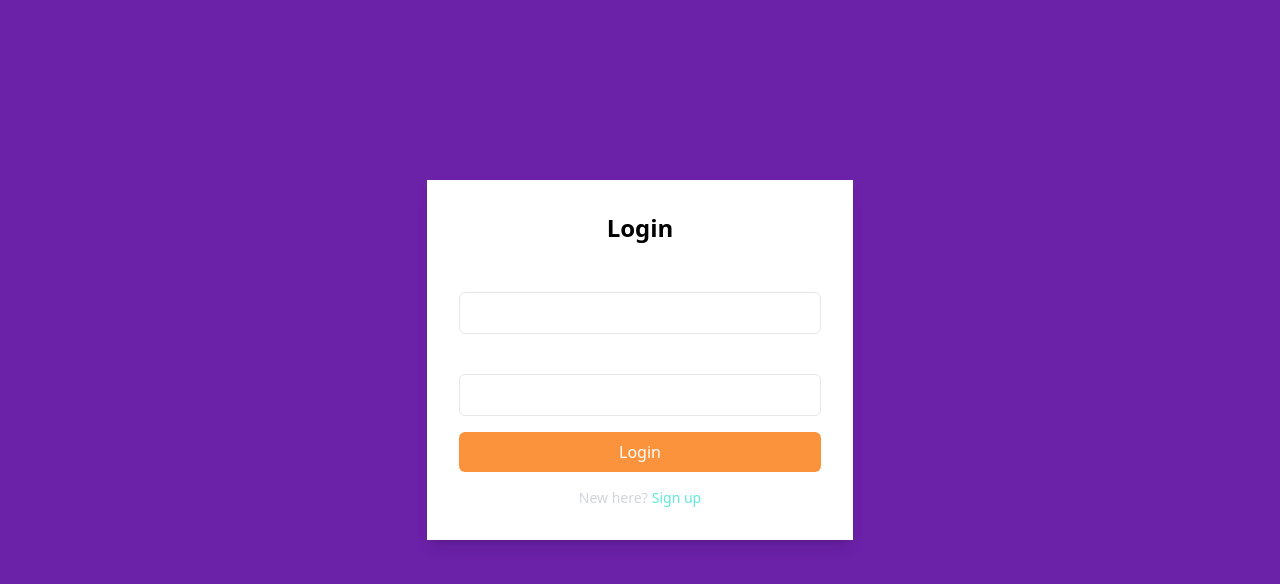
Repository: alizey12/POS-React-website
Page: /
These files come from the project's save history. The page is drawn as it stood at one moment and after the next save; the edit follows.
The browser window is 1280 px wide. The pictures show the whole page.
The project was rebuilt for these pictures with package versions that can differ from the ones it lists, and the page was loaded fresh each time. Also part of the build but not shown: vite.config.js, src/navbar.jsx, src/sidebar.jsx, src/Dashboard.jsx.

Above is the page before, as saved 2024-12-30 22:50:34.

### src/App.jsx
import { BrowserRouter as Router, Routes, Route } from 'react-router-dom';
import LoginPage from "./login"
import Dashboard from './Dashboard';

function App() {
  return (
    <Router>
      <Routes>
        <Route path="/" element={<LoginPage />} />
        <Route path="/dashboard" element={<Dashboard />} />
      </Routes>
    </Router>
  );
}

export default App;

### src/login.jsx
import { useState } from 'react';
import toast, { Toaster } from 'react-hot-toast';
import { useNavigate } from 'react-router-dom';

const SignupLogin = () => {
  const [isLogin, setIsLogin] = useState(true);
  const [formData, setFormData] = useState({
    email: '',
    password: '',
    confirmPassword: '',
  });
  const [errors, setErrors] = useState({});
  const [storedUser, setStoredUser] = useState(null);
  const navigate = useNavigate();

  const toggleForm = () => setIsLogin(!isLogin);

  const handleChange = (e) => {
    const { name, value } = e.target;
    setFormData({ ...formData, [name]: value });
    setErrors({ ...errors, [name]: '' }); // Clear error on change
  };

  const validateForm = () => {
    const newErrors = {};
    if (!formData.email) newErrors.email = 'Please enter email';
    if (!formData.password) newErrors.password = 'Please enter password';
    if (!isLogin && formData.password !== formData.confirmPassword) {
      newErrors.confirmPassword = 'Passwords do not match';
    }
    setErrors(newErrors);
    return Object.keys(newErrors).length === 0;
  };

  const handleSubmit = (e) => {
    e.preventDefault();
    if (!validateForm()) return;

    const { email, password } = formData;

    if (isLogin) {
      if (storedUser && email === storedUser.email && password === storedUser.password) {
        toast.success('Login successful!');
        setTimeout(() => navigate('/dashboard'), 1500);
      } else {
        toast.error('Your email or password is incorrect. Please try again.');
      }
    } else {
      setStoredUser({ email, password });
      toast.success('Signup successful!');
      setTimeout(() => setIsLogin(true), 1500);
    }
  };

  return (
    <div className="flex items-center justify-center min-h-screen  bg-purple-800 to-yellow-500">
      <div className=" bg-white w-1/3 shadow-lg rounded-lg">

        <div className="w-full bg-white p-8 justify-center">
          <h2 className="text-2xl font-bold text-center ">
            {isLogin ? 'Login' : 'Sign Up'}
          </h2>
          <form onSubmit={handleSubmit} className="mt-6 space-y-4">
            <div>
              <label className="block text-sm font-medium text-white">Email</label>
              <input
                type="email"
                name="email"
                value={formData.email}
                onChange={handleChange}
                className="mt-1 block w-full p-2 border rounded-md focus:outline-none focus:ring-blue-500 focus:border-blue-500"
              />
              {errors.email && <p className="text-red-500 text-sm mt-1">{errors.email}</p>}
            </div>
            <div>
              <label className="block text-sm font-medium text-white">Password</label>
              <input
                type="password"
                name="password"
                value={formData.password}
                onChange={handleChange}
                className="mt-1 block w-full p-2 border rounded-md focus:outline-none focus:ring-blue-500 focus:border-blue-500"
              />
              {errors.password && <p className="text-red-500 text-sm mt-1">{errors.password}</p>}
            </div>
            {!isLogin && (
              <div>
                <label className="block text-sm font-medium text-white">Confirm Password</label>
                <input
                  type="password"
                  name="confirmPassword"
                  value={formData.confirmPassword}
                  onChange={handleChange}
                  className="mt-1 block w-full p-2 border rounded-md focus:outline-none focus:ring-blue-500 focus:border-blue-500"
                />
                {errors.confirmPassword && <p className="text-red-500 text-sm mt-1">{errors.confirmPassword}</p>}
              </div>
            )}
            <button
              type="submit"
              className="w-full bg-orange-400 text-white p-2 rounded-md hover:bg-amber-300 focus:outline-none focus:ring-2 focus:ring-blue-500 focus:ring-offset-2"
            >
              {isLogin ? 'Login' : 'Sign Up'}
            </button>
          </form>
          <p className="text-center text-sm text-gray-300 mt-4">
            {isLogin ? 'New here?' : 'Already have an account?'}
            <button
              type="button"
              onClick={toggleForm}
              className="ml-1 text-teal-300 hover:underline"
            >
              {isLogin ? 'Sign up' : 'Login'}
            </button>
          </p>
        </div>
      </div>
      <Toaster />
    </div>
  );
};

export default SignupLogin;

Loaded but not shown: index.html (common file); src/main.jsx (common file); src/index.css (common file); tailwind.config.js (common file)

After the next save:
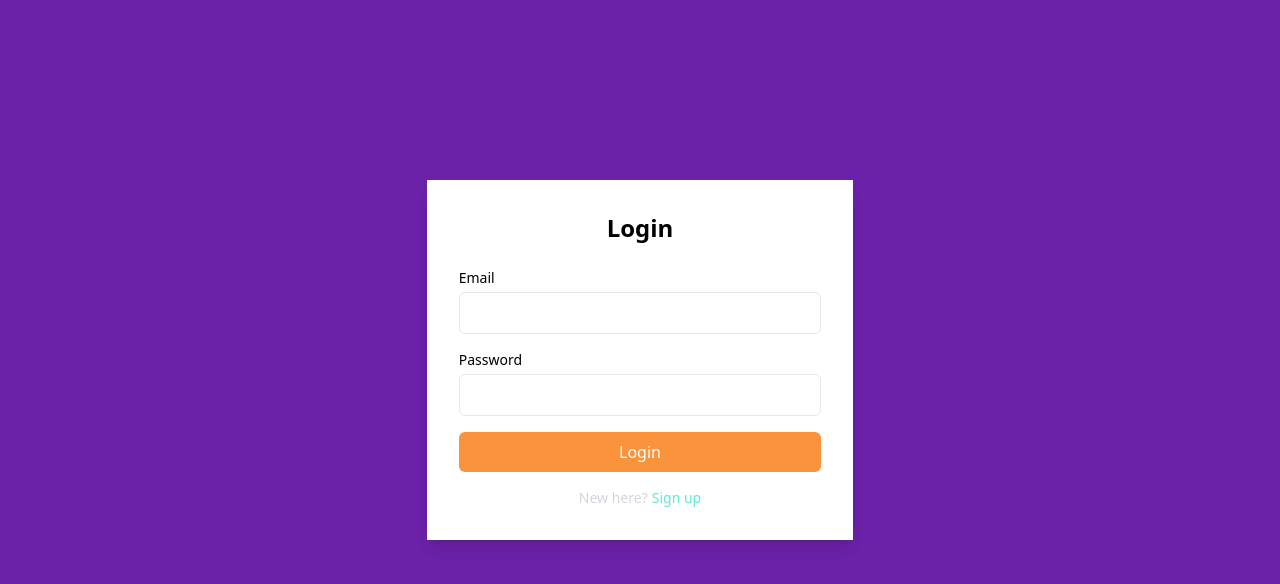
Saved 64 s later.
--- a/src/login.jsx
+++ b/src/login.jsx
@@ -62,7 +62,7 @@ const SignupLogin = () => {
           </h2>
           <form onSubmit={handleSubmit} className="mt-6 space-y-4">
             <div>
-              <label className="block text-sm font-medium text-white">Email</label>
+              <label className="block text-sm font-medium ">Email</label>
               <input
                 type="email"
                 name="email"
@@ -73,7 +73,7 @@ const SignupLogin = () => {
               {errors.email && <p className="text-red-500 text-sm mt-1">{errors.email}</p>}
             </div>
             <div>
-              <label className="block text-sm font-medium text-white">Password</label>
+              <label className="block text-sm font-medium ">Password</label>
               <input
                 type="password"
                 name="password"
@@ -85,7 +85,7 @@ const SignupLogin = () => {
             </div>
             {!isLogin && (
               <div>
-                <label className="block text-sm font-medium text-white">Confirm Password</label>
+                <label className="block text-sm font-medium ">Confirm Password</label>
                 <input
                   type="password"
                   name="confirmPassword"
